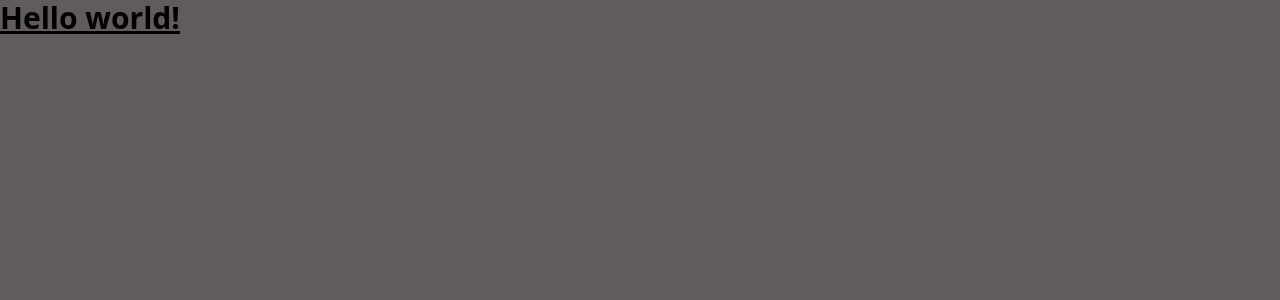
Repository: VishakhaSainani/medical_store
Page: / (app in frontend/)
These files come from the project's save history. The page is drawn as it stood at one moment and after a run of saves; the edit follows.
The browser window is 1280 px wide. The pictures show the whole page.
The project was rebuilt for these pictures with package versions that can differ from the ones it lists, and the page was loaded fresh each time. Also part of the build but not shown: frontend/vite.config.js, frontend/src/components/PrivateRoute.jsx, frontend/src/components/Loader.jsx, frontend/src/redux/api/usersApiSlice.js, frontend/src/pages/User/Profile.jsx, frontend/src/pages/Auth/Login.jsx, frontend/src/pages/Auth/Register.jsx, frontend/src/redux/api/productApiSlice.js and 32 more. Imported but missing from the stored project, and not drawn on this page: frontend/src/components/Message.

Above is the page before, as saved 2024-04-19 22:06:20.

### frontend/src/main.jsx
// import React from "react";
import ReactDOM from "react-dom/client";
import App from "./App.jsx";
import "./index.css";
import { Route, RouterProvider, createRoutesFromElements } from "react-router";
import { createBrowserRouter } from "react-router-dom";
import { Provider } from "react-redux";
import store from "./redux/store";
// private route
import PrivateRoute from "./components/PrivateRoute";

import Profile from "./pages/User/Profile";

import Login from "./pages/Auth/Login.jsx";
import Register from "./pages/Auth/Register.jsx";
// import Home from "./Home.jsx";
import Home from "./pages/Home.jsx";
import Favorites from "./pages/Products/Favorites.jsx";
import ProductDetails from "./pages/Products/ProductDetails.jsx";
// import { PayPalScriptProvider } from "@paypal/react-paypal-js";

import AdminRoute from "./pages/Admin/AdminRoute";
import UserList from "./pages/Admin/UserList";
import CategoryList from "./pages/Admin/CategoryList.jsx";
import ProductList from "./pages/Admin/ProductList";
import AllProducts from "./pages/Admin/AllProducts.jsx";
import ProductUpdate from "./pages/Admin/ProductUpdate";
import Cart from "./pages/Cart.jsx";
import Shop from "./pages/Shop.jsx";
import Shipping from "./pages/Orders/Shipping.jsx";
import PlaceOrder from "./pages/Orders/PlaceOrder.jsx";
import Order from "./pages/Orders/Order.jsx";
import UserOrder from "./pages/User/UserOrder.jsx";
import OrderList from "./pages/Admin/OrderList.jsx";
import AdminDashboard from "./pages/Admin/AdminDashboard.jsx";

const router = createBrowserRouter(
  createRoutesFromElements(
    <Route path="/" element={<App />}>
      <Route path="/login" element={<Login />} />
      <Route path="/register" element={<Register />} />
      <Route index={true} path="/" element={<Home />} />
      <Route path="/favorite" element={<Favorites />} />
      <Route path="/product/:id" element={<ProductDetails />} />
      <Route path="/cart" element={<Cart />} />
      <Route path="/shop" element={<Shop />} />
      <Route path="/user-orders" element={<UserOrder />} />

      <Route path="" element={<PrivateRoute />}>
        <Route path="/profile" element={<Profile />} />
        <Route path="/shipping" element={<Shipping />} />
        <Route path="/placeorder" element={<PlaceOrder />} />
        <Route path="/order/:id" element={<Order />} />
      </Route>

      <Route path="/admin" element={<AdminRoute />}>
        <Route path="userlist" element={<UserList />} />
        <Route path="categorylist" element={<CategoryList />} />
        {/* <Route path="productlist/:pageNumber" element={<ProductList />} /> */}
        <Route path="productlist" element={<ProductList />} />
        <Route path="allproductslist" element={<AllProducts />} />
        <Route path="product/update/:_id" element={<ProductUpdate />} />
        <Route path="orderlist" element={<OrderList />} />
        <Route path="dashboard" element={<AdminDashboard />} />
      </Route>
    </Route>
  )
);
ReactDOM.createRoot(document.getElementById("root")).render(
  <Provider store={store}>
    {/* <PayPalScriptProvider> */}
    <RouterProvider router={router} />
    {/* </PayPalScriptProvider> */}
  </Provider>
);

### frontend/src/index.css
@tailwind base;
@tailwind components;
@tailwind utilities;

body {
  background: #615a5f;
  color: black;
}
input,
textarea {
  color: #000;
}

### frontend/src/redux/store.js
import { configureStore } from "@reduxjs/toolkit";
import { setupListeners } from "@reduxjs/toolkit/query/react";
import { apiSlice } from "./api/apiSlice";
import authReducer from "./features/auth/authSlice";
import favoritesReducer from "../redux/features/favorites/favoriteSlice";
import cartSliceReducer from "../redux/features/cart/cartSlice";
import { getFavoritesFromLocalStorage } from "../Utils/localStorage";

const initialFavorites = getFavoritesFromLocalStorage() || [];

const store = configureStore({
  reducer: {
    [apiSlice.reducerPath]: apiSlice.reducer,
    auth: authReducer,
    favorites: favoritesReducer,
    cart: cartSliceReducer,
  },
  preloadedState: {
    favorites: initialFavorites,
  },

  middleware: (getDefaultMiddleware) =>
    getDefaultMiddleware().concat(apiSlice.middleware),
  devTools: true,
});

setupListeners(store.dispatch);
export default store;

### frontend/src/redux/features/auth/authSlice.js
import { createSlice } from "@reduxjs/toolkit";
const initialState = {
    userInfo: localStorage.getItem("userInfo")
      ? JSON.parse(localStorage.getItem("userInfo"))
      : null,
  };


const authSlice = createSlice({
  name: "auth",
  initialState,
  reducers: {
    setCredentials: (state, action) => {
      state.userInfo = action.payload;
      localStorage.setItem("userInfo", JSON.stringify(action.payload));

      const expirationTime = new Date().getTime() + 30 * 24 * 60 * 60 * 1000; // 30 days
      localStorage.setItem("expirationTime", expirationTime);
    },
    logout: (state) => {
      state.userInfo = null;
      localStorage.clear();
    },
  },
});

export const { setCredentials, logout } = authSlice.actions;

export default authSlice.reducer;

### frontend/src/redux/features/favorites/favoriteSlice.js
import { createSlice } from "@reduxjs/toolkit";

const favoriteSlice = createSlice({
  name: "favorites",
  initialState: [],
  reducers: {
    addToFavorites: (state, action) => {
      // Checkif the product is not already favorites
      if (!state.some((product) => product._id === action.payload._id)) {
        state.push(action.payload);
      }
    },
    removeFromFavorites: (state, action) => {
      // Remove the product with the matching ID
      return state.filter((product) => product._id !== action.payload._id);
    },
    setFavorites: (state, action) => {
      // Set the favorites from localStorage
      return action.payload;
    },
  },
});

export const { addToFavorites, removeFromFavorites, setFavorites } =
  favoriteSlice.actions;
export const selectFavoriteProduct = (state) => state.favorites;
export default favoriteSlice.reducer;

### frontend/src/redux/features/cart/cartSlice.js
import { createSlice } from "@reduxjs/toolkit";
// import { updateCart } from "../../../Utils/cartUtils";
import { updateCart } from "../../../Utils/cart";

const initialState = localStorage.getItem("cart")
  ? JSON.parse(localStorage.getItem("cart"))
  : { cartItems: [], shippingAddress: {}, paymentMethod: "PayPal" };

const cartSlice = createSlice({
  name: "cart",
  initialState,
  reducers: {
    addToCart: (state, action) => {
      const { user, rating, numReviews, reviews, ...item } = action.payload;
      const existItem = state.cartItems.find((x) => x._id === item._id);

      if (existItem) {
        state.cartItems = state.cartItems.map((x) =>
          x._id === existItem._id ? item : x
        );
      } else {
        state.cartItems = [...state.cartItems, item];
      }
      return updateCart(state, item);
    },

    removeFromCart: (state, action) => {
      state.cartItems = state.cartItems.filter((x) => x._id !== action.payload);
      return updateCart(state);
    },

    saveShippingAddress: (state, action) => {
      state.shippingAddress = action.payload;
      localStorage.setItem("cart", JSON.stringify(state));
    },

    savePaymentMethod: (state, action) => {
      state.paymentMethod = action.payload;
      localStorage.setItem("cart", JSON.stringify(state));
    },

    clearCartItems: (state, action) => {
      state.cartItems = [];
      localStorage.setItem("cart", JSON.stringify(state));
    },

    resetCart: (state) => (state = initialState),
  },
});

export const {
  addToCart,
  removeFromCart,
  savePaymentMethod,
  saveShippingAddress,
  clearCartItems,
  resetCart,
} = cartSlice.actions;

export default cartSlice.reducer;

### frontend/src/Utils/localStorage.js
// Add a product to a localStorage
export const addFavoriteToLocalStorage = (product) => {
  const favorites = getFavoritesFromLocalStorage();
  if (!favorites.some((p) => p._id === product._id)) {
    favorites.push(product);
    localStorage.setItem("favorites", JSON.stringify(favorites));
  }
};

// Remove  product from a localStorage
export const removeFavoriteFromLocalStorage = (productId) => {
  const favorites = getFavoritesFromLocalStorage();
  const updateFavorites = favorites.filter(
    (product) => product._id !== productId
  );

  localStorage.setItem("favorites", JSON.stringify(updateFavorites));
};

// Retrive favorites from a localStorage
export const getFavoritesFromLocalStorage = () => {
  const favoritesJSON = localStorage.getItem("favorites");
  return favoritesJSON ? JSON.parse(favoritesJSON) : [];
};

### frontend/src/Utils/cart.js
export const addDecimals = (num) => {
  return (Math.round(num * 100) / 100).toFixed(2);
};

export const updateCart = (state) => {
  state.itemsPrice = addDecimals(
    state.cartItems.reduce((acc, item) => acc + item.price * item.qty, 0)
  );

  state.shippingPrice = addDecimals(state.itemsPrice > 100 ? 0 : 10);
  state.taxPrice = addDecimals(Number((0.15 * state.itemsPrice).toFixed(2)));

  state.totalPrice = (
    Number(state.itemsPrice) +
    Number(state.shippingPrice) +
    Number(state.taxPrice)
  ).toFixed(2);

  localStorage.setItem("cart", JSON.stringify(state));
  return state;
};

Loaded but not shown: frontend/index.html (common file); frontend/src/App.jsx (common file); frontend/src/redux/api/apiSlice.js (common file); frontend/src/redux/constants.js (common file); frontend/tailwind.config.js (common file)

After the next 8 saves:
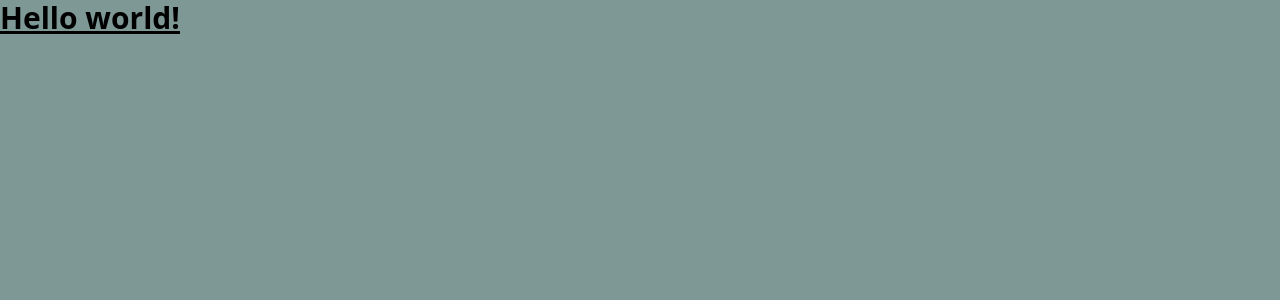
The 8 saves are shown as one change because they came seconds apart.
The last was saved 28 s later.
--- a/frontend/src/index.css
+++ b/frontend/src/index.css
@@ -3,7 +3,7 @@
 @tailwind utilities;
 
 body {
-  background: #615a5f;
+  background: #7e9896;
   color: black;
 }
 input,
